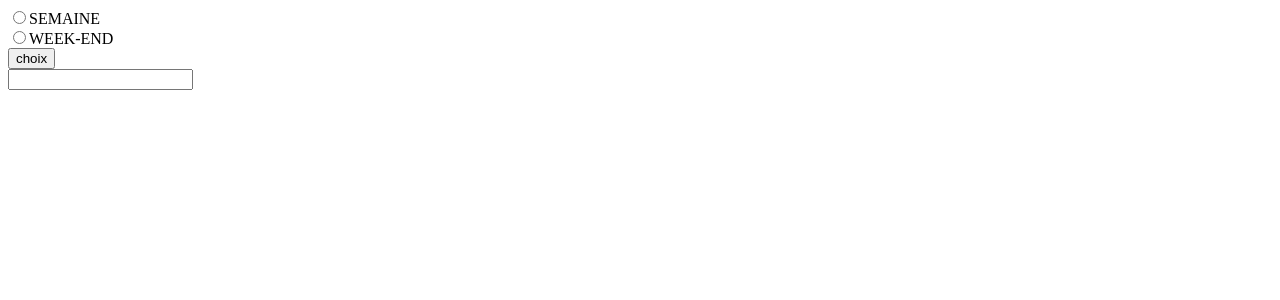
Repository: evalwebmeteofullstack/Gestion_meteo
Page: Notes/Exercices/static/test/4em-code.html
These files come from the project's save history. The page is drawn as it stood at one moment and after the next save; the edit follows.
The browser window is 1280 px wide. The pictures show the whole page.

Above is the page before, as saved 2019-01-30 15:22:30.

After the next save:
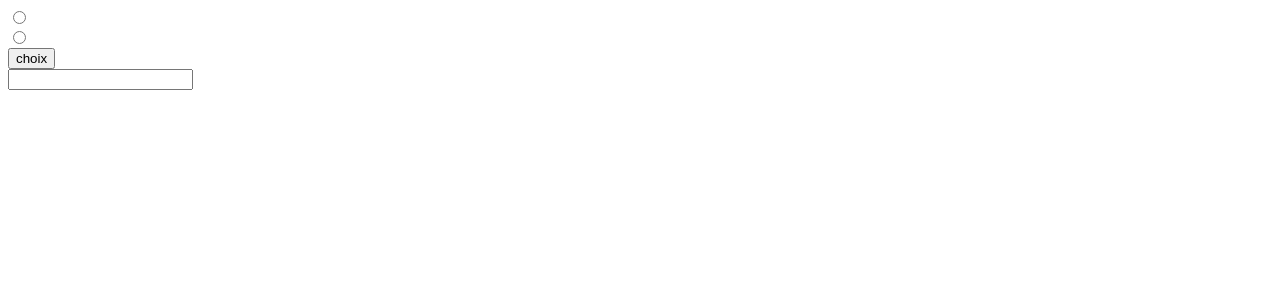
Saved 24 s later.
--- a/Notes/Exercices/static/test/4em-code.html
+++ b/Notes/Exercices/static/test/4em-code.html
@@ -3,9 +3,9 @@
 <head>
 </head>
 <body>
-	<input type="radio" name="radioSem" value="semaine"/>SEMAINE
+	<input type="radio" name="radioSem" value="semaine" title="SEMAINE"/>
 	<br>
-	<input type="radio" name="radioWEnd" value="week-end"/>WEEK-END
+	<input type="radio" name="radioWEnd" value="week-end" title="WEEK-END"/>
 	<br>
 	<input type="button" name="butChoix" value="choix" title="CHOIX"/>
 	<br>

After the save that followed:
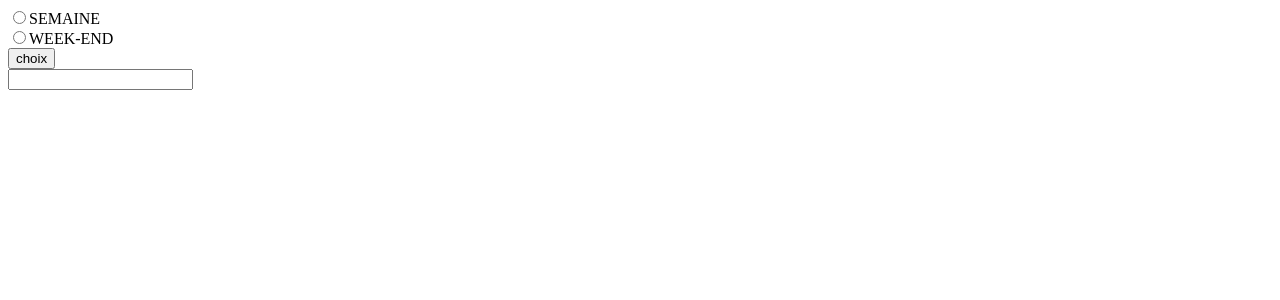
Saved 93 s later.
--- a/Notes/Exercices/static/test/4em-code.html
+++ b/Notes/Exercices/static/test/4em-code.html
@@ -3,9 +3,9 @@
 <head>
 </head>
 <body>
-	<input type="radio" name="radioSem" value="semaine" title="SEMAINE"/>
+	<input type="radio" name="radioSem" value="semaine" />SEMAINE
 	<br>
-	<input type="radio" name="radioWEnd" value="week-end" title="WEEK-END"/>
+	<input type="radio" name="radioWEnd" value="week-end"/>WEEK-END
 	<br>
 	<input type="button" name="butChoix" value="choix" title="CHOIX"/>
 	<br>
